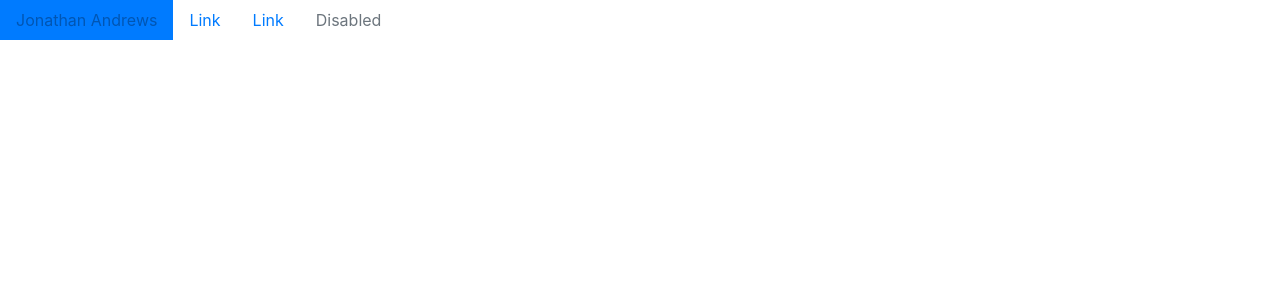
Repository: ionathas78/ionathas78.github.io
Page: index.html
These files come from the project's save history. The page is drawn as it stood at one moment and after the next save; the edit follows.
The browser window is 1280 px wide. The pictures show the whole page.

Above is the page before, as saved 2020-03-14 20:29:07.

After the next save:
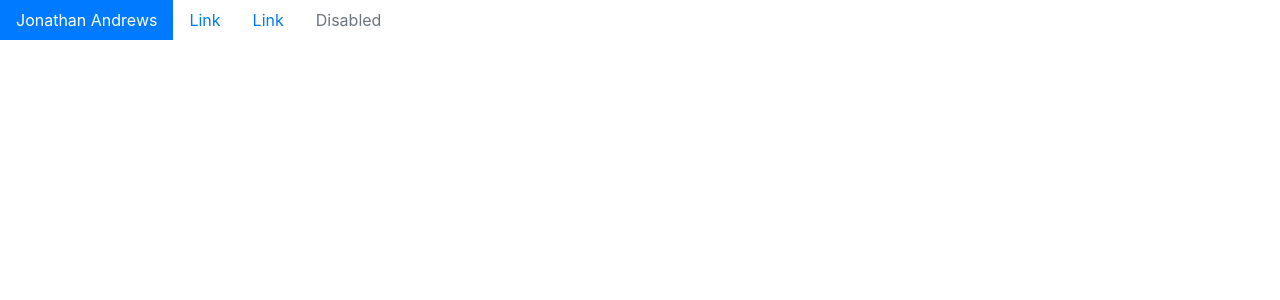
Saved 38 s later.
--- a/index.html
+++ b/index.html
@@ -11,7 +11,7 @@
     <header>
         <ul class="nav">
             <li class="nav-item bg-primary">
-              <a class="nav-link active text-active" href="#">Jonathan Andrews</a>
+              <a class="nav-link active" href="#" style="color: white;">Jonathan Andrews</a>
             </li>
             <li class="nav-item">
               <a class="nav-link" href="#">Link</a>
